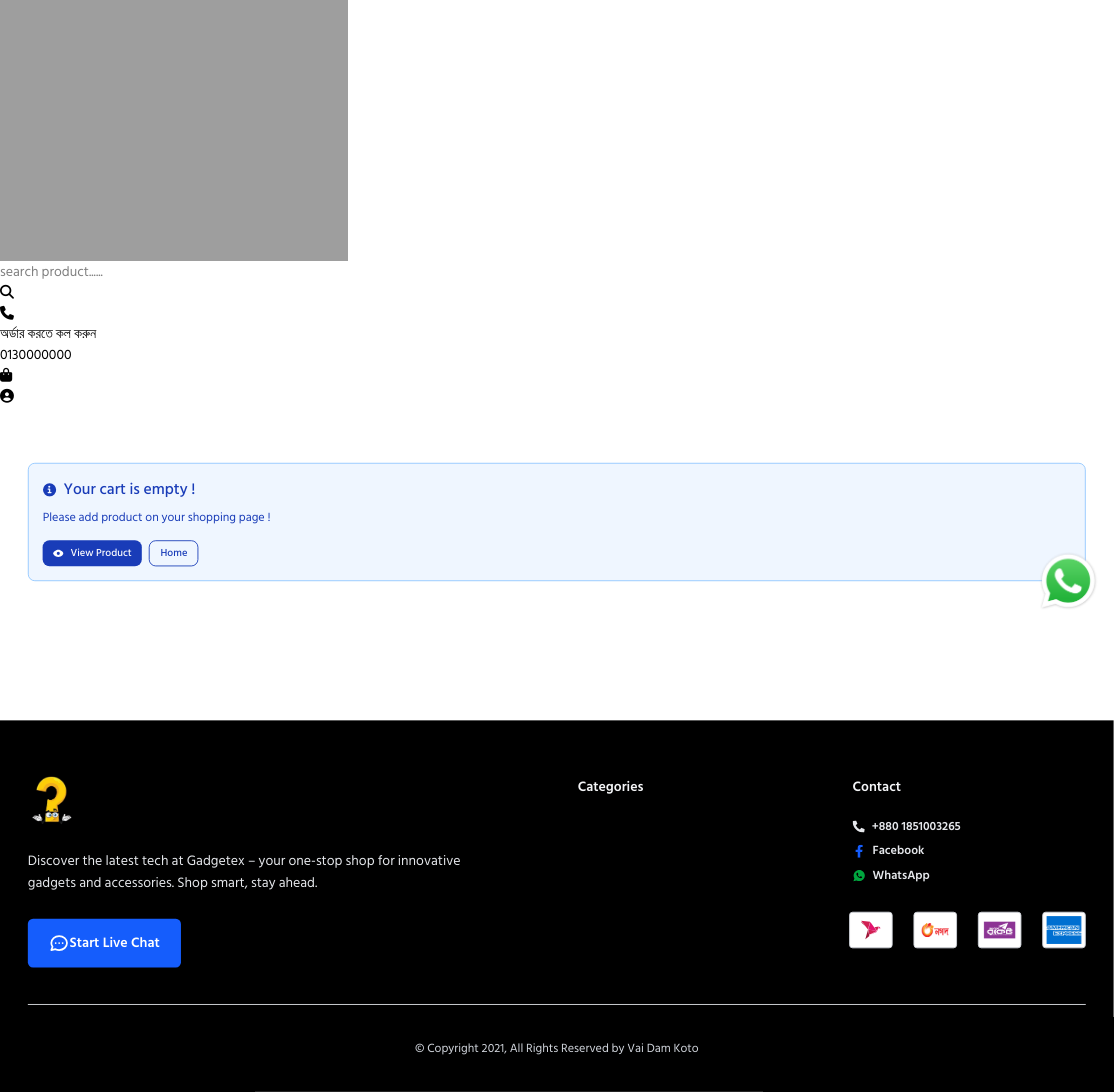
Repository: saifscripts/accessories-mart
Page: /cart
These files come from the project's save history. The page is drawn as it stood at one moment and after the next save; the edit follows.
The browser window is 1280 px wide. The pictures show the whole page, at 87% of full size.
Pictures or frames that could not be fetched are drawn as grey boxes. The page's requests for data from a server got no answer. The project was rebuilt for these pictures with package versions that can differ from the ones it lists, and the page was loaded fresh each time. No one was signed in, and anything a server would have sent is missing. Also part of the build but not shown: vite.config.js, src/components/Hero.jsx, src/components/Products.jsx, src/components/Loader.jsx, src/components/ProductSection.jsx, src/components/ProductsByClass.jsx, src/pages/Home.jsx, src/components/RelatedProduct.jsx and 1 more.

Above is the page before, as saved 2025-03-17 22:24:59.

After the next save:
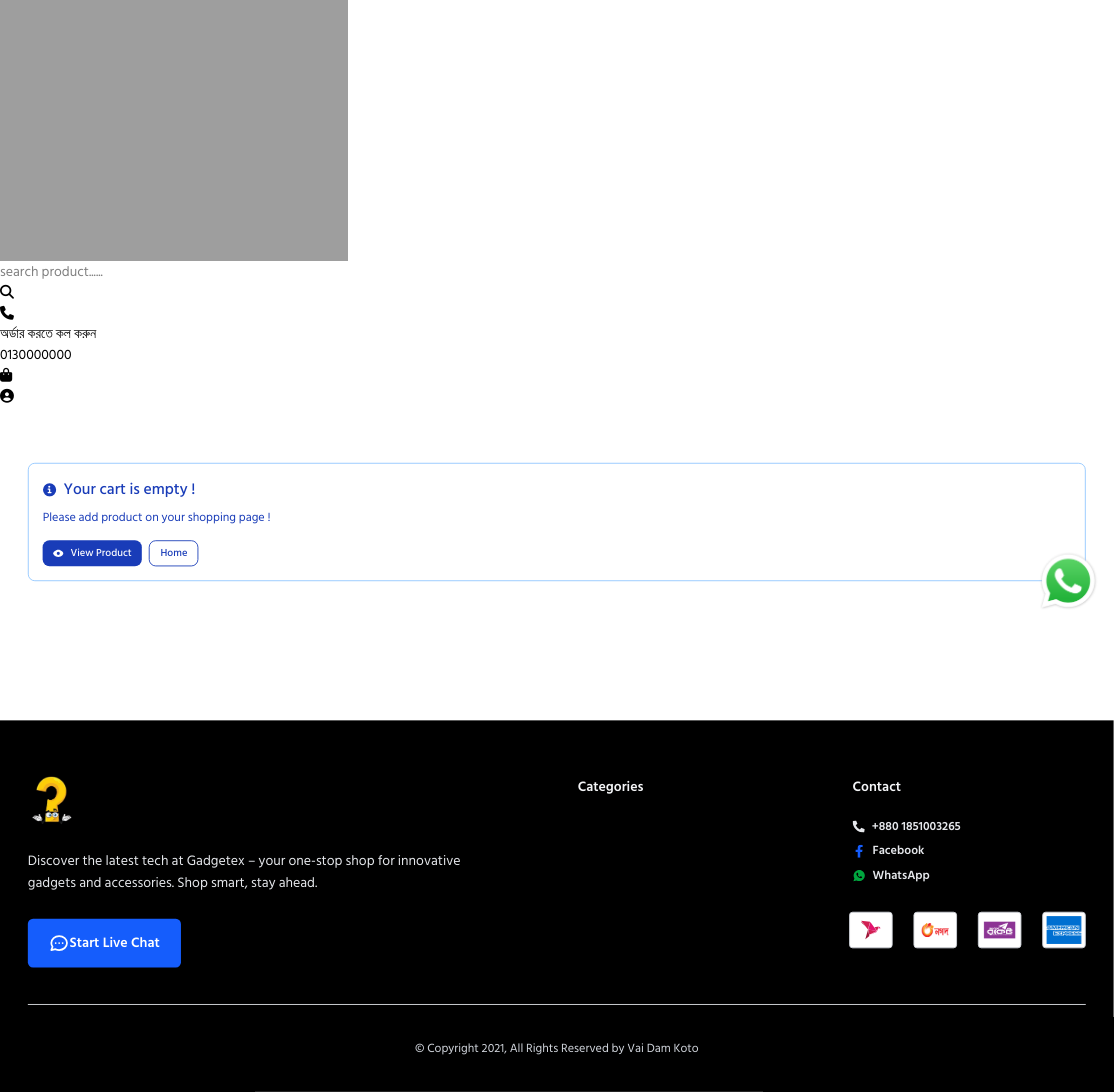
Saved 53 s later.
--- a/src/components/Alert.jsx
+++ b/src/components/Alert.jsx
@@ -4,7 +4,7 @@ import { Link } from 'react-router-dom';
 const Alert = () => {
     return (
         <div className='px-8'>
-            <div id="alert-additional-content-1" class="p-4 mb-4 text-blue-800 border border-blue-300 rounded-lg bg-blue-50 dark:bg-gray-800 dark:text-blue-400 dark:border-blue-800" role="alert">
+            <div id="alert-additional-content-1" class="p-4 mb-4 text-blue-800 border border-blue-300 rounded-lg bg-blue-5" role="alert">
                 <div class="flex items-center">
                     <svg class="shrink-0 w-4 h-4 me-2" aria-hidden="true" xmlns="http://www.w3.org/2000/svg" fill="currentColor" viewBox="0 0 20 20">
                         <path d="M10 .5a9.5 9.5 0 1 0 9.5 9.5A9.51 9.51 0 0 0 10 .5ZM9.5 4a1.5 1.5 0 1 1 0 3 1.5 1.5 0 0 1 0-3ZM12 15H8a1 1 0 0 1 0-2h1v-3H8a1 1 0 0 1 0-2h2a1 1 0 0 1 1 1v4h1a1 1 0 0 1 0 2Z" />
@@ -16,13 +16,13 @@ const Alert = () => {
                     Please add product on your shopping page !
                 </div>
                 <div class="flex">
-                    <Link to='/' type="button" class="text-white bg-blue-800 hover:bg-blue-900 focus:ring-4 focus:outline-none focus:ring-blue-200 font-medium rounded-lg text-xs px-3 py-1.5 me-2 text-center inline-flex items-center dark:bg-blue-600 dark:hover:bg-blue-700 dark:focus:ring-blue-800">
+                    <Link to='/' type="button" class="text-white bg-blue-800 hover:bg-blue-900 focus:ring-4 focus:outline-none focus:ring-blue-200 font-medium rounded-lg text-xs px-3 py-1.5 me-2 text-center inline-flex items-center">
                         <svg class="me-2 h-3 w-3" aria-hidden="true" xmlns="http://www.w3.org/2000/svg" fill="currentColor" viewBox="0 0 20 14">
                             <path d="M10 0C4.612 0 0 5.336 0 7c0 1.742 3.546 7 10 7 6.454 0 10-5.258 10-7 0-1.664-4.612-7-10-7Zm0 10a3 3 0 1 1 0-6 3 3 0 0 1 0 6Z" />
                         </svg>
                         View Product
                     </Link>
-                    <Link to='/' type="button" class="text-blue-800 bg-transparent border border-blue-800 hover:bg-blue-900 hover:text-white focus:ring-4 focus:outline-none focus:ring-blue-200 font-medium rounded-lg text-xs px-3 py-1.5 text-center dark:hover:bg-blue-600 dark:border-blue-600 dark:text-blue-400 dark:hover:text-white dark:focus:ring-blue-800" data-dismiss-target="#alert-additional-content-1" aria-label="Close">
+                    <Link to='/' type="button" class="text-blue-800 bg-transparent border border-blue-800 hover:bg-blue-900 hover:text-white focus:ring-4 focus:outline-none focus:ring-blue-200 font-medium rounded-lg text-xs px-3 py-1.5 text-center" data-dismiss-target="#alert-additional-content-1" aria-label="Close">
                         Home
                     </Link>
                 </div>
